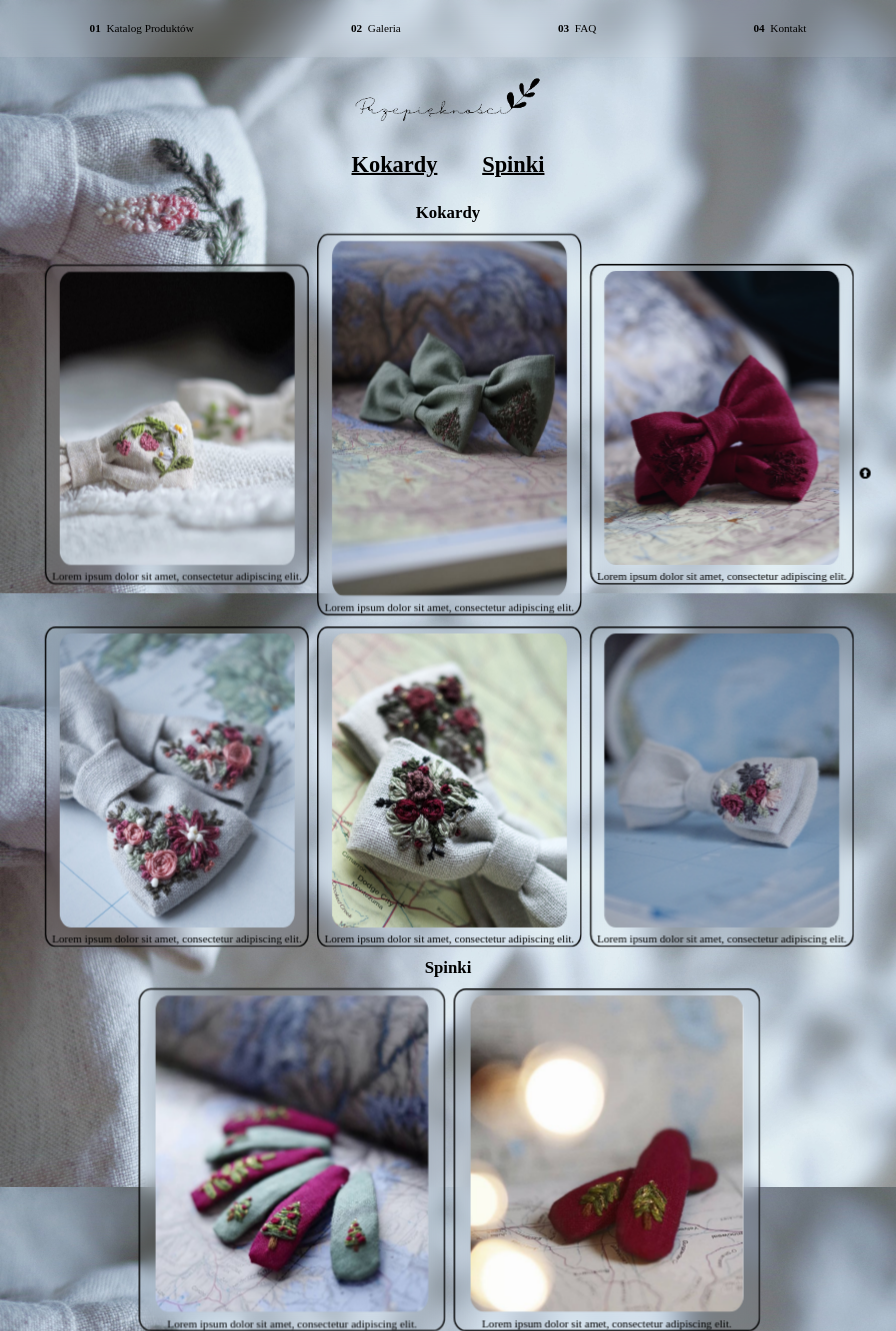
Repository: kowalkos/Rak_projekt
Page: /produkty
The author's editor kept a copy of each file at every save. The page is drawn from the files as they stood at one save, then again after the next save.
The browser window is 1280 px wide. The pictures show the whole page, at 70% of full size.
Backgrounds fixed to the window are drawn as part of the page. The project was rebuilt for these pictures with package versions that can differ from the ones it lists, and the page was loaded fresh each time. Also part of the build but not shown: src/components/galeria/Galeria.js, src/components/main/Main.js, src/components/FAQ/Faq.js, src/components/about/About.js.

Above is the page before, as saved 2022-01-16 18:59:13.

After the next save:
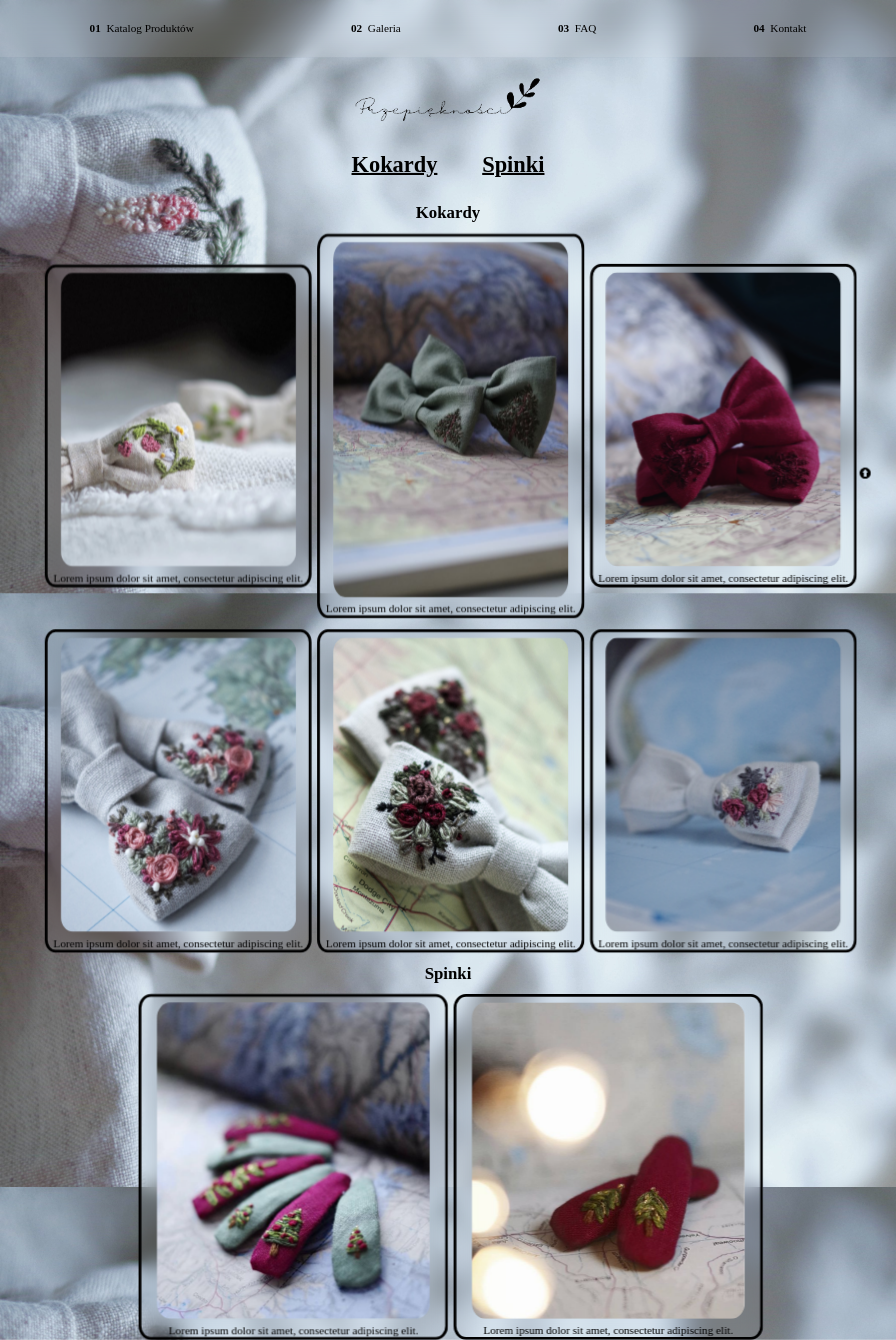
Saved 47 s later.
--- a/src/components/produkty/Produkt.css
+++ b/src/components/produkty/Produkt.css
@@ -17,10 +17,11 @@
 @supports(backdrop-filter: blur(1rem)) {
     .items{
         backdrop-filter: blur(1rem);
-        overflow: hidden;
-        border: 2px solid ;
+
+        border: 4px solid ;
         border-color: rgba(rgb(0, 0, 0),0.9);
         border-radius: 4%;
+        overflow: hidden;
 
 
 

After the save that followed:
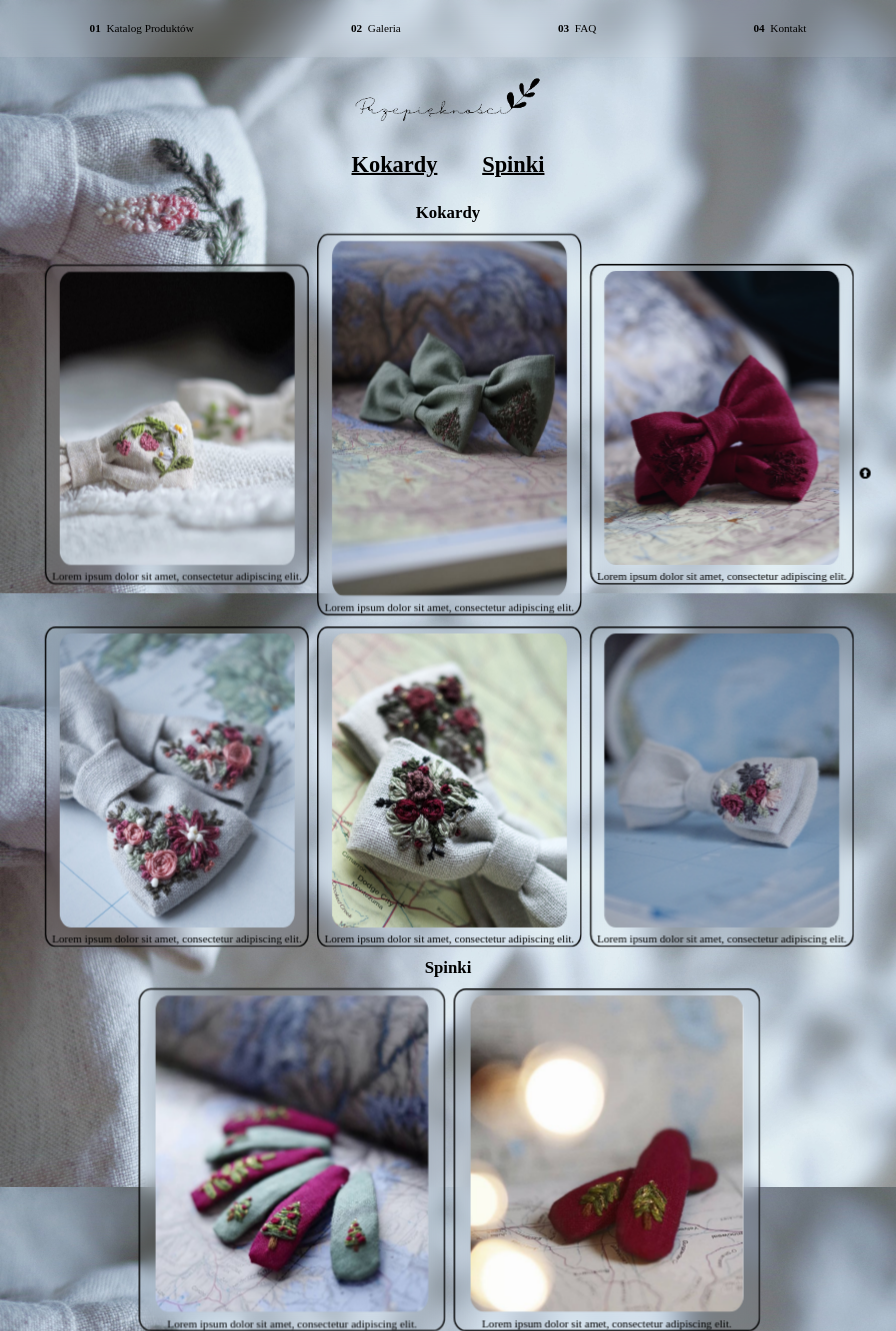
Saved 12 s later.
--- a/src/components/produkty/Produkt.css
+++ b/src/components/produkty/Produkt.css
@@ -18,7 +18,7 @@
     .items{
         backdrop-filter: blur(1rem);
 
-        border: 4px solid ;
+        border: 2px solid ;
         border-color: rgba(rgb(0, 0, 0),0.9);
         border-radius: 4%;
         overflow: hidden;
